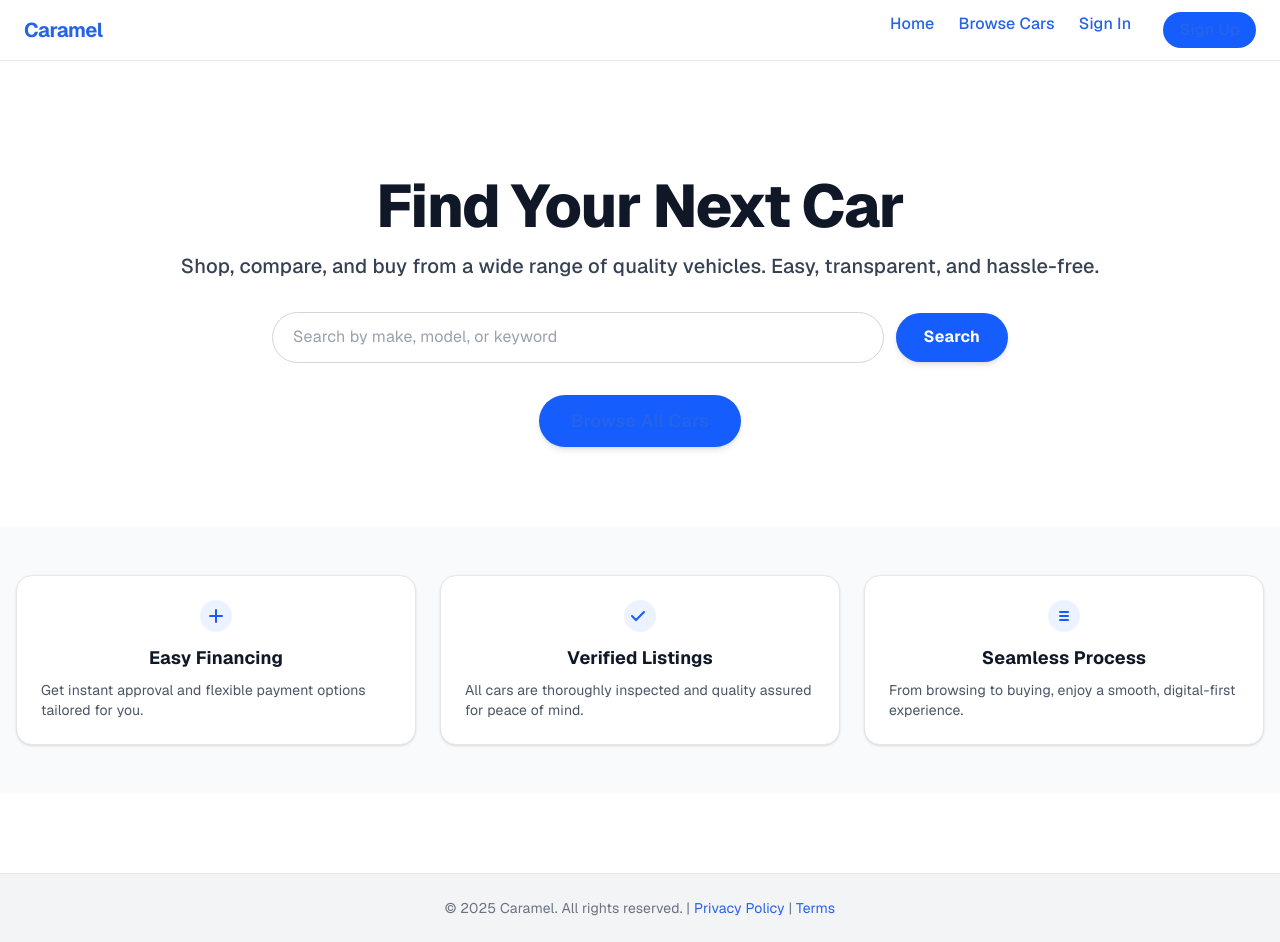
Repository: virat07/sellyourcar
Page: /
These files come from the project's save history. The page is drawn as it stood at one moment and after the next save; the edit follows.
The browser window is 1280 px wide. The pictures show the whole page.
The project was rebuilt for these pictures with package versions that can differ from the ones it lists, and the page was loaded fresh each time. The framework's server and built-in components were replaced by stand-ins that run in the browser. Also part of the build but not shown: next.config.ts.

Above is the page before, as saved 2025-07-18 15:35:20.

After the next save:
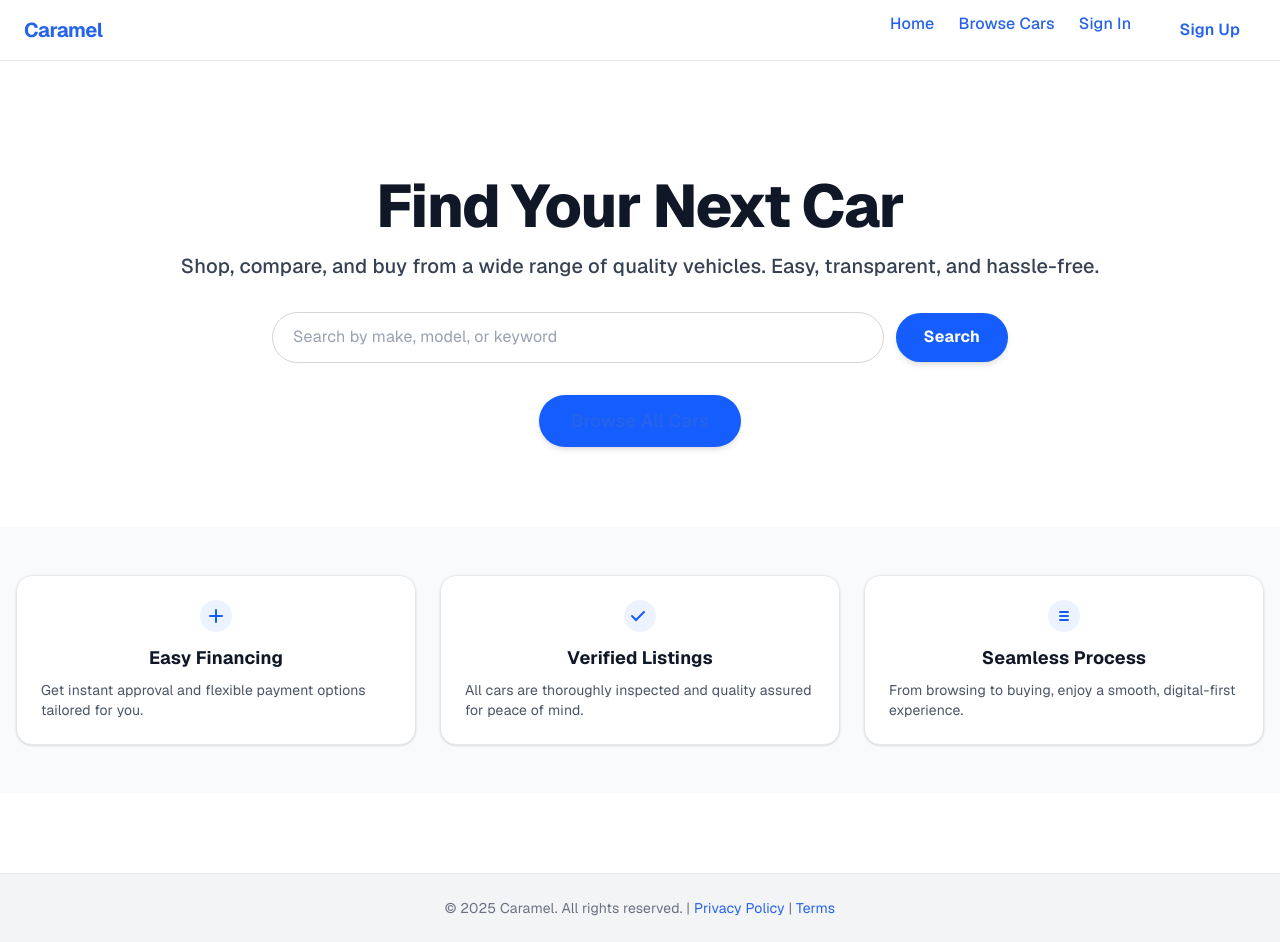
Saved 18 s later.
--- a/src/components/NavBar.tsx
+++ b/src/components/NavBar.tsx
@@ -10,7 +10,7 @@
         <Link href="/" className="hover:text-[var(--accent)] transition-colors">Home</Link>
         <Link href="/cars" className="hover:text-[var(--accent)] transition-colors">Browse Cars</Link>
         <Link href="/auth/signin" className="hover:text-[var(--accent)] transition-colors">Sign In</Link>
-        <Link href="/auth/signup" className="ml-2 px-4 py-1.5 bg-blue-600 text-white rounded-full hover:bg-blue-700 transition-colors font-semibold">
+        <Link href="/auth/signup" className="ml-2 px-4 py-1.5  text-white rounded-full hover:bg-blue-700 transition-colors font-semibold">
           Sign Up
         </Link>
       </div>

After the save that followed:
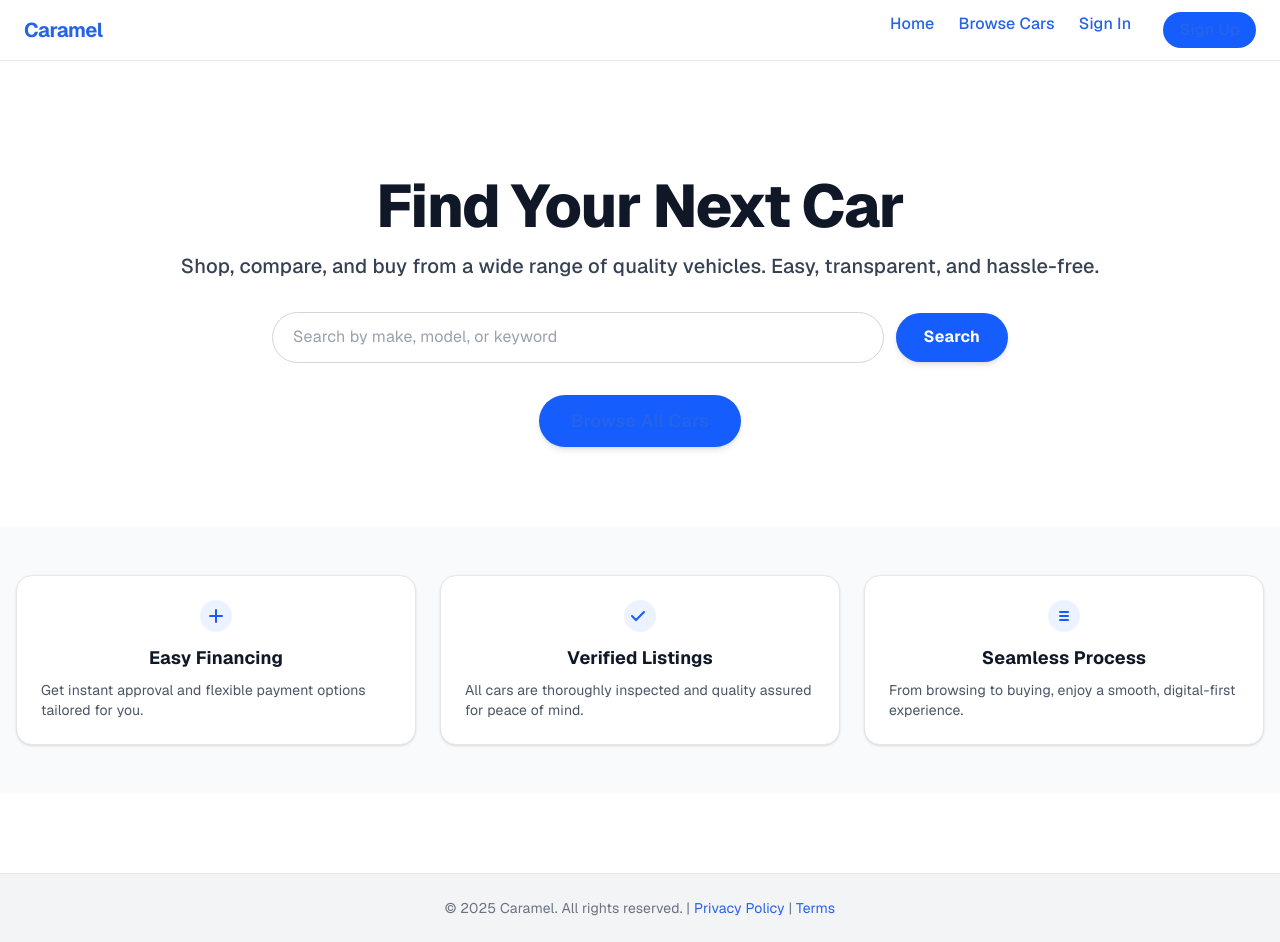
Saved 4 s later.
--- a/src/components/NavBar.tsx
+++ b/src/components/NavBar.tsx
@@ -10,7 +10,7 @@
         <Link href="/" className="hover:text-[var(--accent)] transition-colors">Home</Link>
         <Link href="/cars" className="hover:text-[var(--accent)] transition-colors">Browse Cars</Link>
         <Link href="/auth/signin" className="hover:text-[var(--accent)] transition-colors">Sign In</Link>
-        <Link href="/auth/signup" className="ml-2 px-4 py-1.5  text-white rounded-full hover:bg-blue-700 transition-colors font-semibold">
+        <Link href="/auth/signup" className="ml-2 px-4 py-1.5 bg-blue-600 text-white rounded-full hover:bg-blue-700 transition-colors font-semibold">
           Sign Up
         </Link>
       </div>
